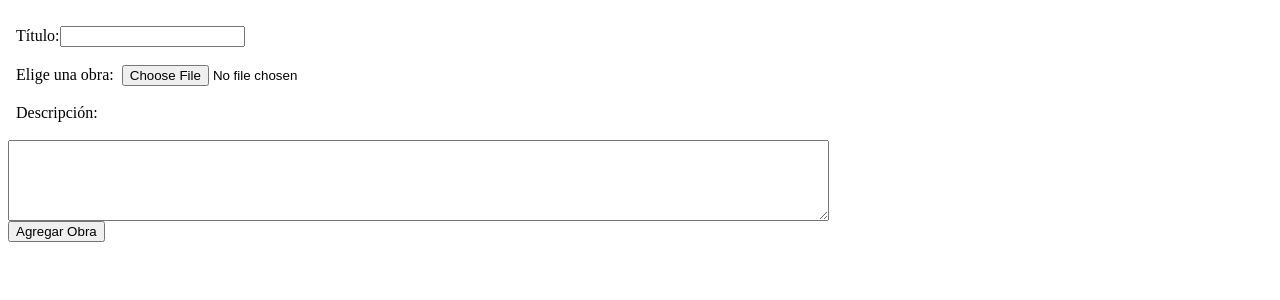
Repository: jluislechado/practicaGaleria
Page: plantillas/_insertar.html
The author's editor kept a record of every edit. The page is drawn from the files as they stood at one moment, then again after the next edit.
The browser window is 1280 px wide. The pictures show the whole page.

Above is the page before.

After the next edit:
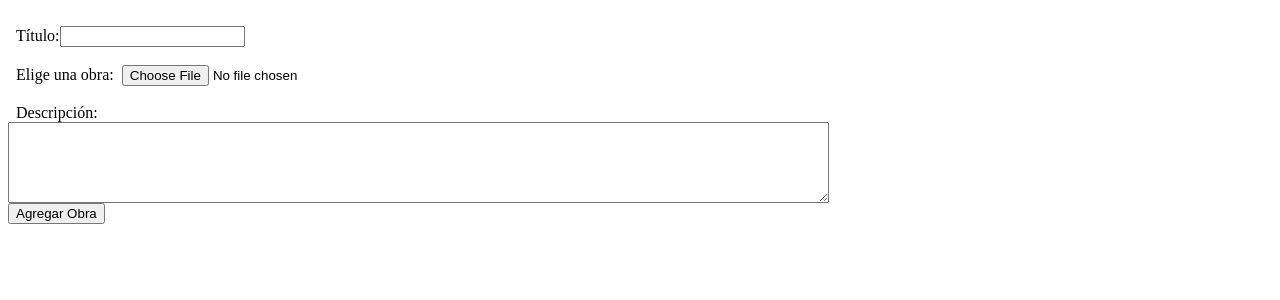
The edit:
--- a/plantillas/_insertar.html
+++ b/plantillas/_insertar.html
@@ -2,7 +2,7 @@
     </br>
     <span>&nbsp;&nbsp;Título:</span><input type="text" name="nombre"/></br></br>
     <span>&nbsp;&nbsp;Elige una obra:</span>&nbsp;&nbsp;<input type="file" name="archivo"/></br></br>
-    <span>&nbsp;&nbsp;Descripción:</span></br></br>
+    <span>&nbsp;&nbsp;Descripción:</span></br>
     <textarea name="descripcion" cols="100" rows="5"></textarea></br>
     <input type="submit" value="Agregar Obra" id="bt"/>
 </form>
